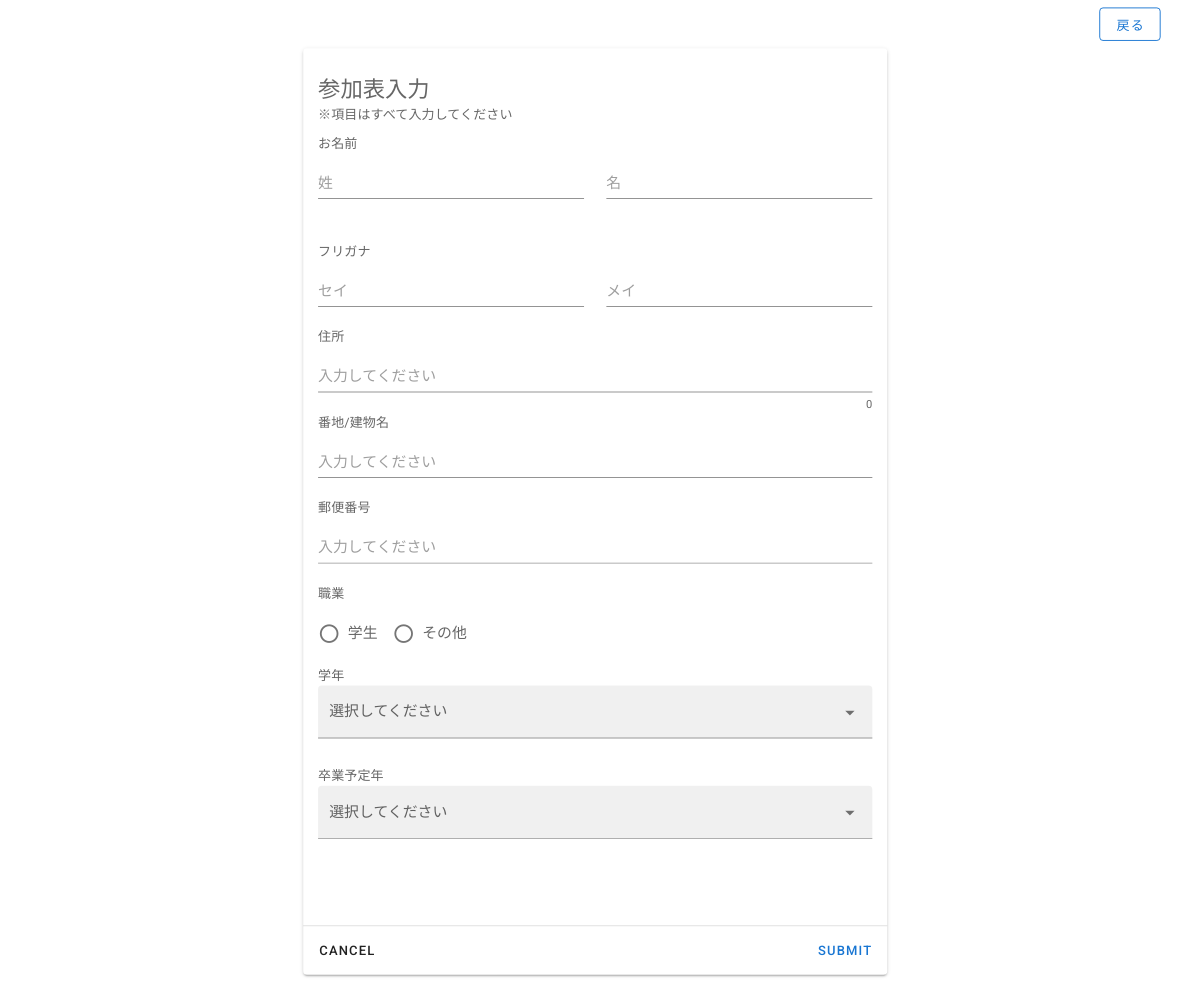
Repository: taniwhy/open-campus-system
Page: /#/register (app in client_view/)
The author's editor kept a copy of each file at every save. The page is drawn from the files as they stood at one save, then again after the next save.
The browser window is 1280 px wide. The page is 1292 px wide, then 1280 px, then 1292 px, so the pictures cover 1292 px, including what lies to the right of the window. The pictures show the whole page, at 93% of full size.
The project was rebuilt for these pictures with package versions that can differ from the ones it lists, and the page was loaded fresh each time. Also part of the build but not shown: client_view/vue.config.js, client_view/src/components/Home.vue, client_view/src/components/Login.vue, client_view/src/components/Branch.vue.

Above is the page before, as saved 2019-11-28 10:10:36.

### client_view/public/index.html
<!DOCTYPE html>
<html lang="en">
  <head>
    <meta charset="utf-8">
    <meta http-equiv="X-UA-Compatible" content="IE=edge">
    <meta name="viewport" content="width=device-width,initial-scale=1.0">
    <link rel="icon" href="<%= BASE_URL %>favicon.ico">
    <title>client_view</title>
    <link rel="stylesheet" href="https://fonts.googleapis.com/css?family=Roboto:100,300,400,500,700,900">
    <link rel="stylesheet" href="https://cdn.jsdelivr.net/npm/@mdi/font@latest/css/materialdesignicons.min.css">
  </head>
  <body>
    <noscript>
      <strong>We're sorry but client_view doesn't work properly without JavaScript enabled. Please enable it to continue.</strong>
    </noscript>
    <div id="app"></div>
    <!-- built files will be auto injected -->
  </body>
</html>

### client_view/src/main.js
import Vue from 'vue'
import App from './App.vue'
import router from './router'
import store from './store'
import vuetify from './plugins/vuetify';

Vue.config.productionTip = false

new Vue({
    router,
    store,
    vuetify,
    render: h => h(App)
}).$mount('#app')

### client_view/src/App.vue
<template>
  <v-app>
    <v-content>
      <router-view></router-view>
    </v-content>
  </v-app>
</template>

<script>
export default {
  name: 'App',

  components: {
  },

  data: () => ({
    //
  }),
};
</script>

### client_view/src/router/index.js
import Vue from 'vue'
import VueRouter from 'vue-router'
import Home from '../components/Home.vue'
import Login from '../components/Login.vue'
import Branch from '../components/Branch.vue'
import Register from '../components/Register.vue'

Vue.use(VueRouter)

const routes = [{
        path: '/',
        name: 'home',
        component: Home
    },
    {
        path: '/login',
        name: 'login',
        component: Login
    },
    {
        path: '/branch',
        name: 'branch',
        component: Branch
    },
    {
        path: '/register',
        name: 'register',
        component: Register
    },
]

const router = new VueRouter({
    routes
})

export default router

### client_view/src/components/Register.vue
<template>
  <v-app>
    <v-container fluid>
      <v-row>
        <v-col>
          <v-row align="center" justify="end" style="width: 100%;">
            <v-btn flat to="/Branch" class="ma-2" outlined color="primary">戻る</v-btn>
          </v-row>
        </v-col>
      </v-row>
    </v-container>

    <v-row justify="center">
      <v-col cols="12" sm="10" md="8" lg="6">
        <v-card ref="form">
          <v-card-text>
            <v-list-item-content>
              <v-list-item-title class="headline mb-1">参加表入力</v-list-item-title>
              <v-list-item-subtitle>※項目はすべて入力してください</v-list-item-subtitle>
            </v-list-item-content>
            <v-row>
              <v-col>
                お名前
                <v-text-field
                  ref="name"
                  v-model="name"
                  :rules="[() => !!name || 'This field is required']"
                  :error-messages="errorMessages"
                  placeholder="姓"
                  required
                  width=100px
                ></v-text-field>
              </v-col>
              <v-col>
                <br />
                <v-text-field
                  ref="name"
                  v-model="name"
                  :rules="[() => !!name || 'This field is required']"
                  :error-messages="errorMessages"
                  placeholder="名"
                  required
                ></v-text-field>
              </v-col>
            </v-row>
            <v-row>
              <v-col>
                フリガナ
                <v-text-field
                  ref="name"
                  v-model="name"
                  :rules="[() => !!name || 'This field is required']"
                  :error-messages="errorMessages"
                  placeholder="セイ"
                  required
                ></v-text-field>
              </v-col>
              <v-col>
                <br />
                <v-text-field
                  ref="name"
                  v-model="name"
                  :rules="[() => !!name || 'This field is required']"
                  :error-messages="errorMessages"
                  placeholder="メイ"
                  required
                ></v-text-field>
              </v-col>
            </v-row>住所
            <v-text-field
              ref="address"
              v-model="address"
              :rules="[
              () => !!address || 'This field is required',
              () => !!address && address.length <= 25 || 'Address must be less than 25 characters',
              addressCheck
            ]"
              placeholder="入力してください"
              counter
              required
            ></v-text-field>番地/建物名
            <v-text-field
              :rules="[() => !!zip || 'This field is required']"
              required
              placeholder="入力してください"
            ></v-text-field>郵便番号
            <v-text-field
              ref="zip"
              v-model="zip"
              :rules="[() => !!zip || 'This field is required']"
              required
              placeholder="入力してください"
            ></v-text-field>職業
            <v-radio-group v-model="row" row>
              <v-radio label="学生" value="radio-1"></v-radio>
              <v-radio label="その他" value="radio-2"></v-radio>
            </v-radio-group>学年
            <v-select :items="gakunen_items" filled label="選択してください"></v-select>卒業予定年
            <v-select :items="yotei_items" filled label="選択してください"></v-select>
          </v-card-text>
          <v-divider class="mt-12"></v-divider>
          <v-card-actions>
            <v-btn text>Cancel</v-btn>
            <v-spacer></v-spacer>
            <v-slide-x-reverse-transition>
              <v-tooltip v-if="formHasErrors" left>
                <template v-slot:activator="{ on }">
                  <v-btn icon class="my-0" @click="resetForm" v-on="on">
                    <v-icon>mdi-refresh</v-icon>
                  </v-btn>
                </template>
                <span>Refresh form</span>
              </v-tooltip>
            </v-slide-x-reverse-transition>
            <v-btn color="primary" text @click="submit">Submit</v-btn>
          </v-card-actions>
        </v-card>
      </v-col>
    </v-row>
  </v-app>
</template>

<script>
export default {
  name: "Register",
  data: () => ({
    gakunen_items: ["1学年", "2学年", "3学年", "4学年"],
    yotei_items: ["2020年", "2021年", "2022年", "2023年"]
  })
};
</script>

Loaded but not shown: client_view/src/store/index.js (common file); client_view/src/plugins/vuetify.js (common file)

After the next save:
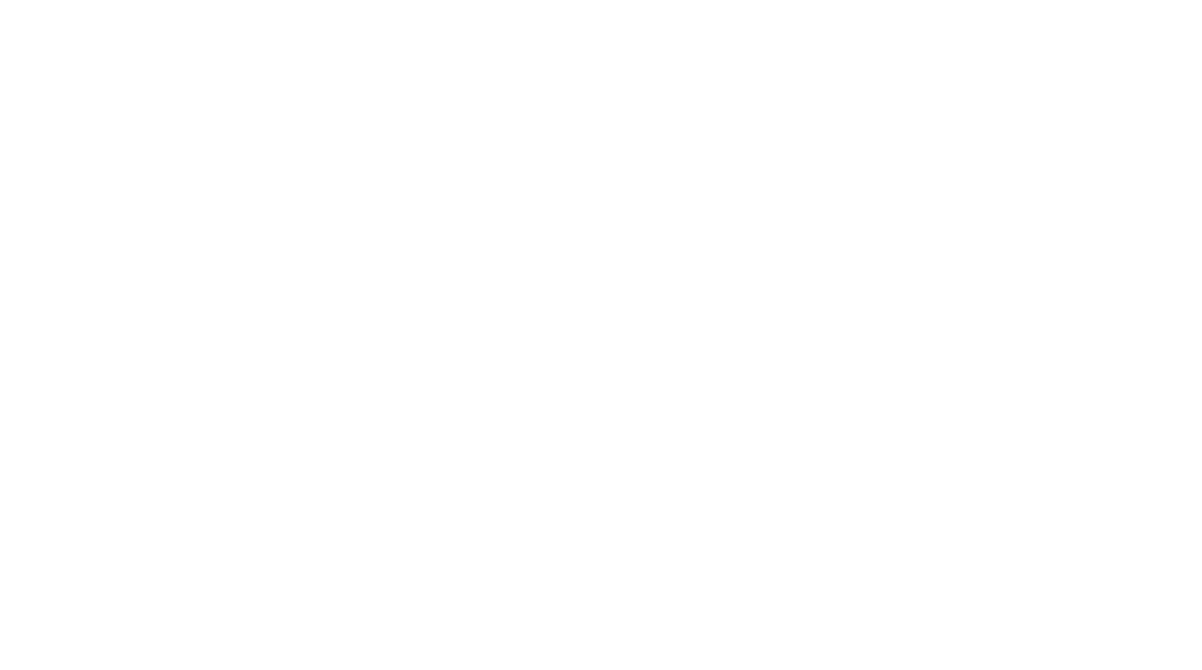
Saved 2 min 11 s later.
--- a/client_view/src/components/Register.vue
+++ b/client_view/src/components/Register.vue
@@ -28,7 +28,7 @@
                   :error-messages="errorMessages"
                   placeholder="姓"
                   required
-                  width=100px
+                  width="100px"
                 ></v-text-field>
               </v-col>
               <v-col>
@@ -129,3 +129,4 @@
   })
 };
 </script>
+<script src="https://yubinbango.github.io/yubinbango-core/yubinbango-core.js" charset="UTF-8"></script>

After the save that followed:
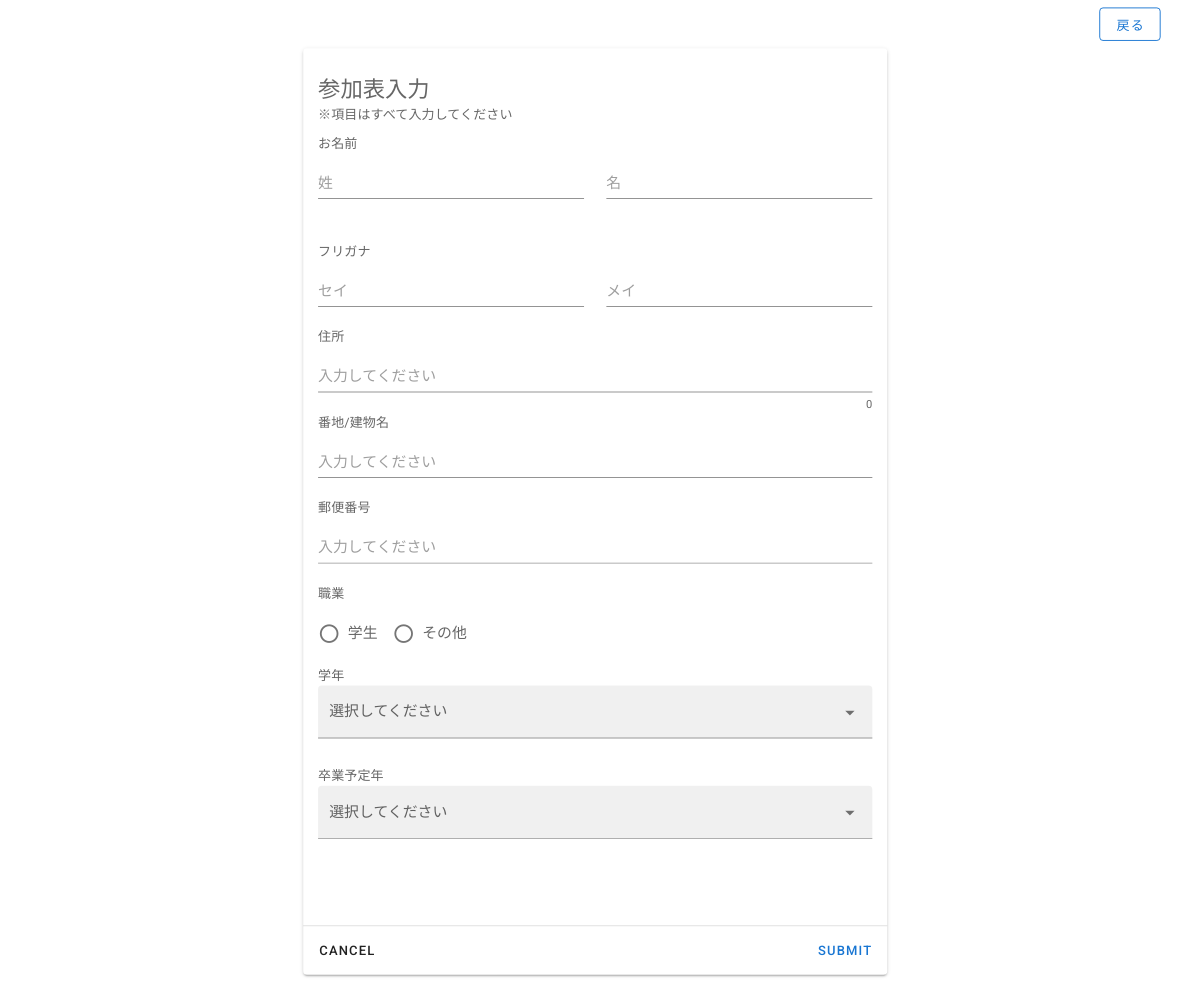
Saved 6 s later.
--- a/client_view/src/components/Register.vue
+++ b/client_view/src/components/Register.vue
@@ -28,7 +28,7 @@
                   :error-messages="errorMessages"
                   placeholder="姓"
                   required
-                  width="100px"
+                  width=100px
                 ></v-text-field>
               </v-col>
               <v-col>
@@ -129,4 +129,3 @@
   })
 };
 </script>
-<script src="https://yubinbango.github.io/yubinbango-core/yubinbango-core.js" charset="UTF-8"></script>
